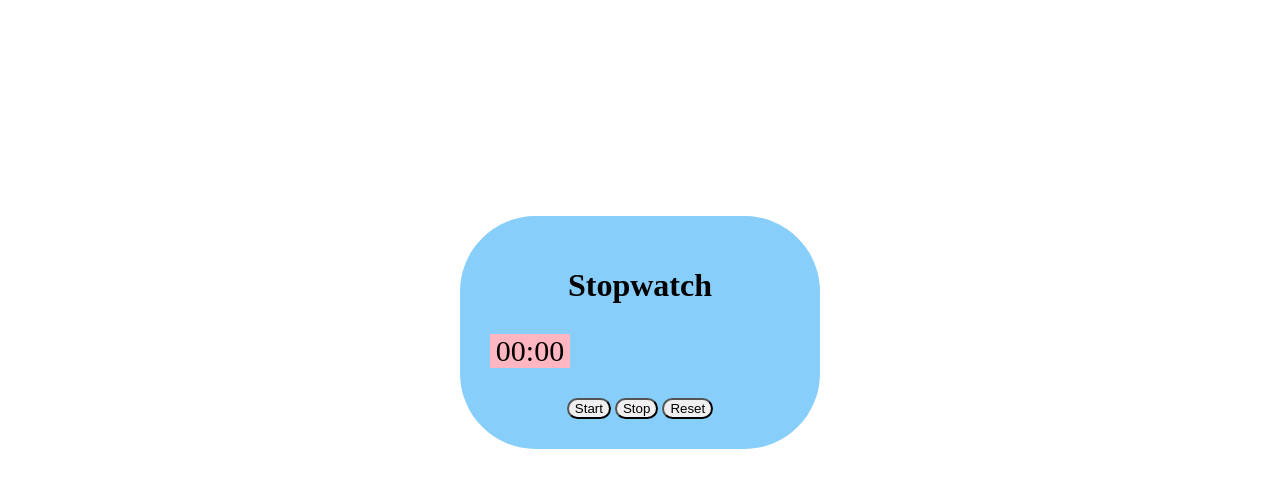
Repository: LeyaAbraham/web-dev
Page: clock.html
These files come from the project's save history. The page is drawn as it stood at one moment and after a run of saves; the edit follows.
The browser window is 1280 px wide. The pictures show the whole page.

Above is the page before, as saved 2021-01-05 23:18:16.

After the next 2 saves:
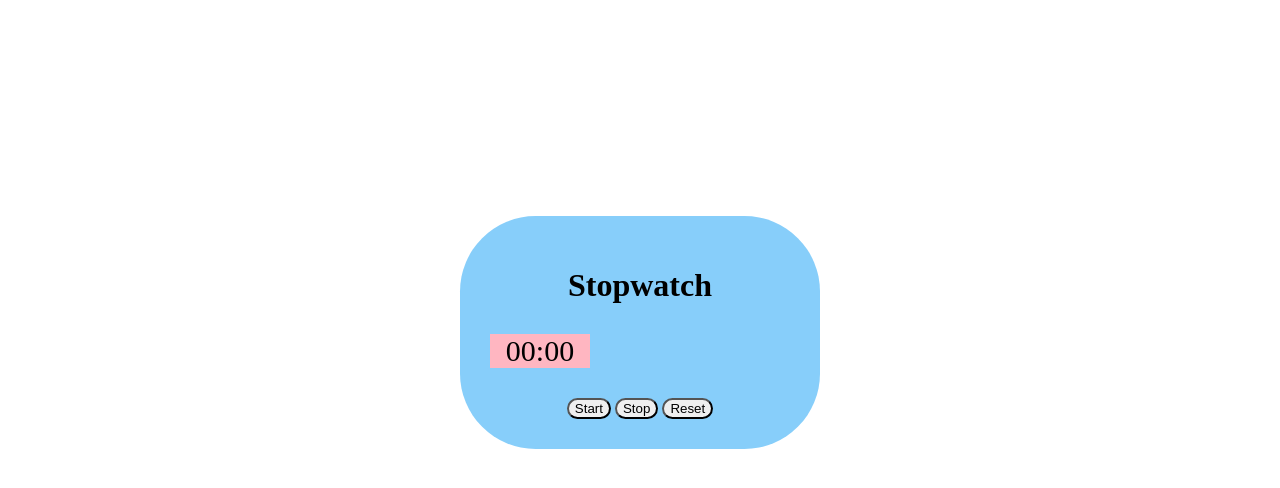
The 2 saves are shown as one change because they came seconds apart.
The last was saved 11 s later.
--- a/style.css
+++ b/style.css
@@ -26,6 +26,6 @@ p {
 
 #time {
     background: lightpink;
-    width: 80px;
+    width: 100px;
     text-align: center;
 }
